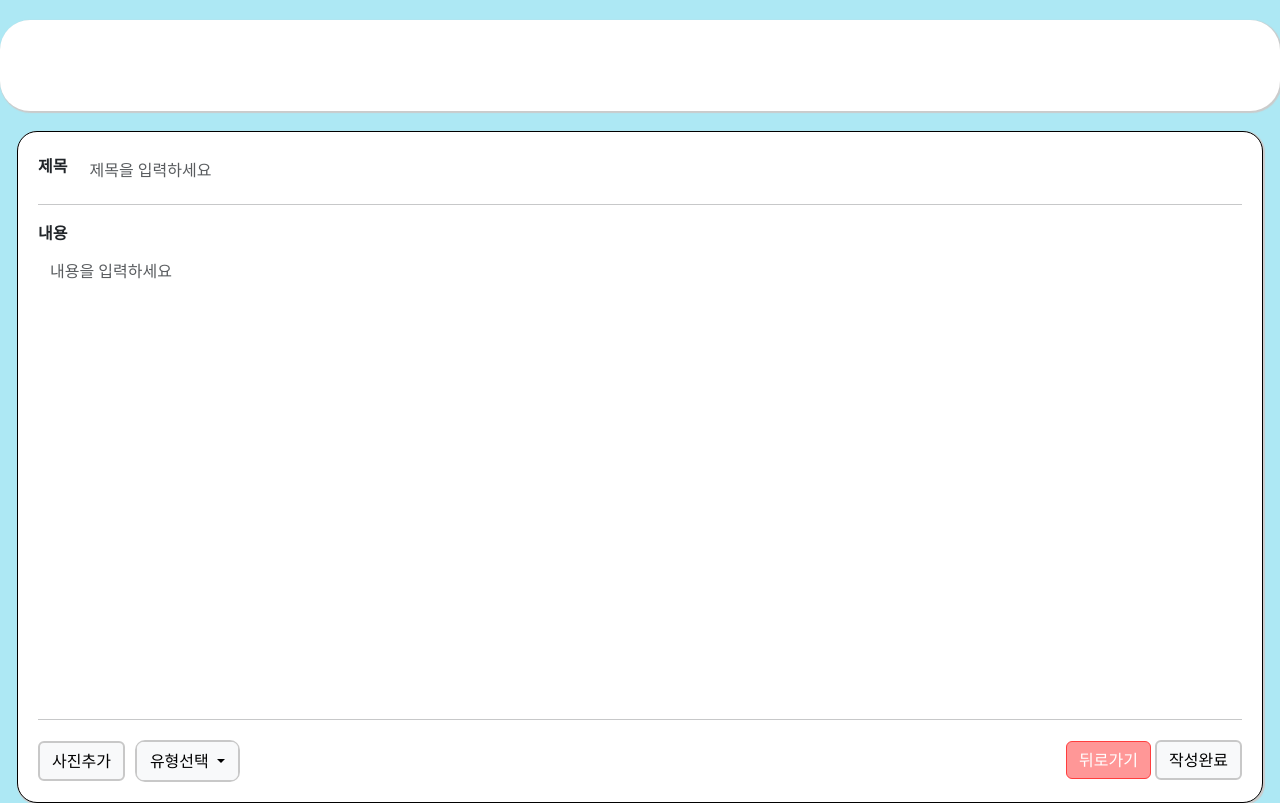
Repository: KimMJ0964/jsp
Page: http://localhost/Trafi/views/community/createBoard.jsp
The author's editor kept a copy of each file at every save. The page is drawn from the files as they stood at one save, then again after the next save.
The browser window is 1280 px wide. The pictures show the whole page.
The page is served by Tomcat 9.

Above is the page before, as saved 2024-09-19 07:30:23.

After the next save:
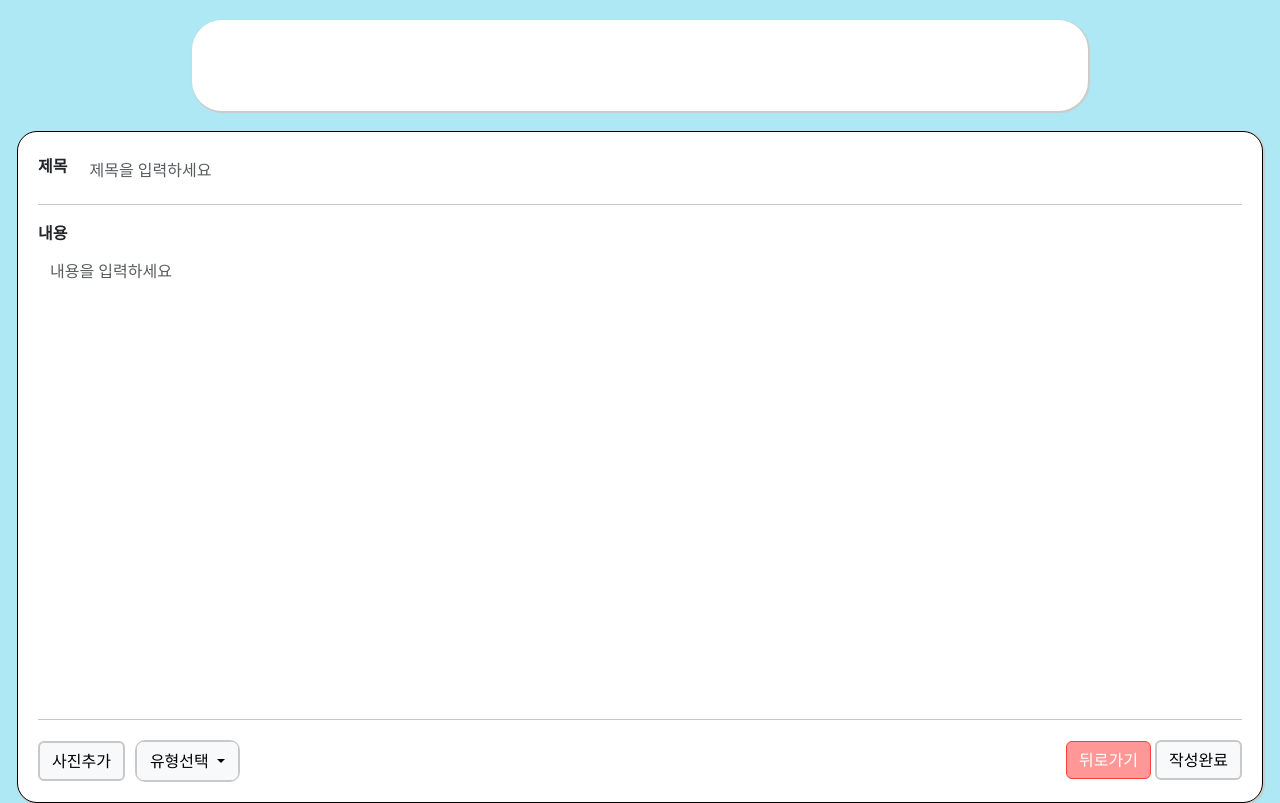
Saved 8 s later.
--- a/Trafi/src/main/webapp/views/community/createBoard.jsp
+++ b/Trafi/src/main/webapp/views/community/createBoard.jsp
@@ -28,7 +28,7 @@
             box-shadow: 1px 1px 1px 1px rgb(203, 203, 203);
         }
         #header {
-            width: 100%;
+            width: 70%;
             height: 91px;
             background-color: white;
             border-radius: 30px;
